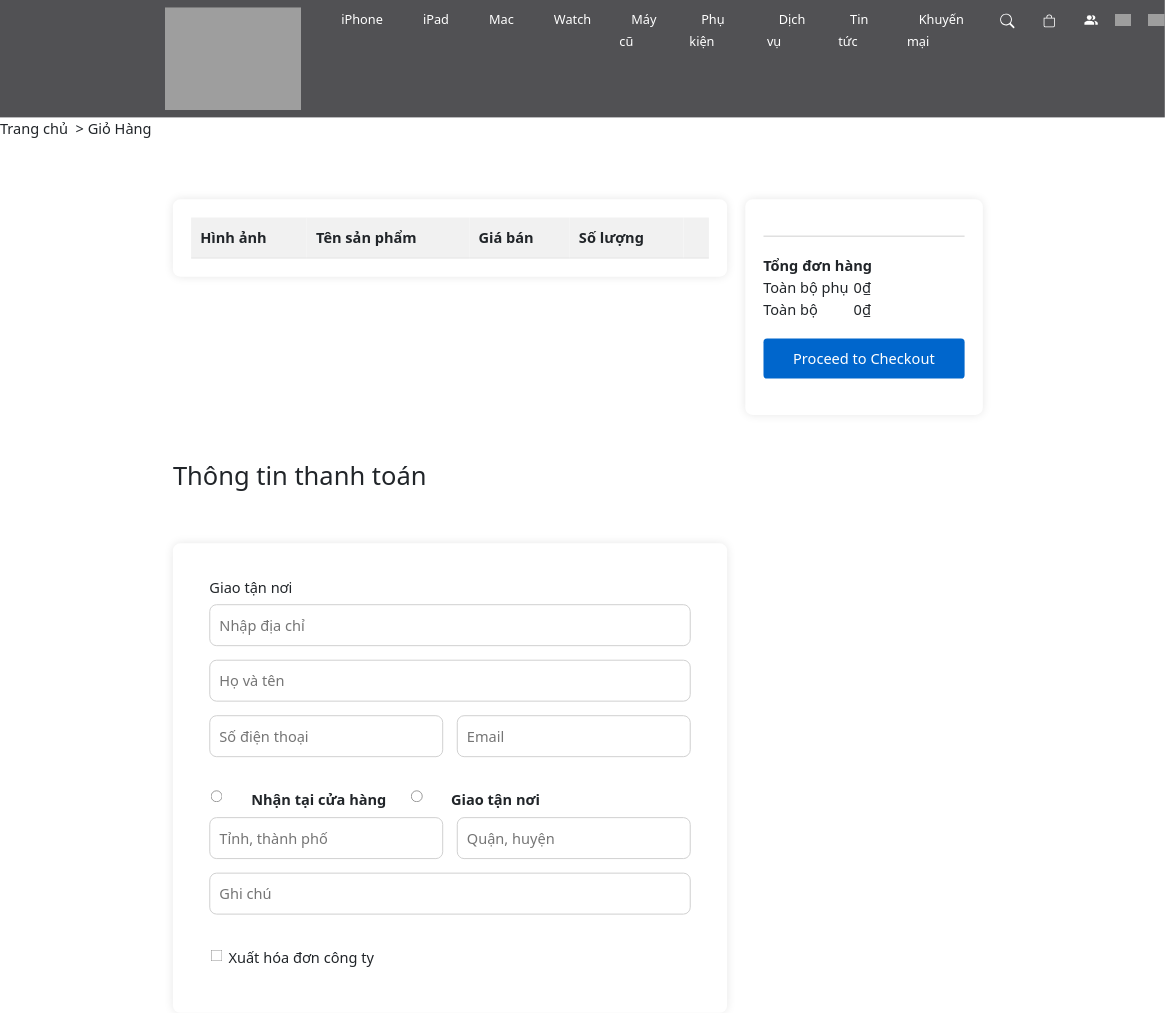
Repository: 20092004nam2k4/FE-ShopDunk
Page: /cart
These files come from the project's save history. The page is drawn as it stood at one moment and after the next save; the edit follows.
The browser window is 1280 px wide. The pictures show the whole page, at 91% of full size.
Pictures or frames that could not be fetched are drawn as grey boxes. The page's requests for data from a server got no answer. The project was rebuilt for these pictures with package versions that can differ from the ones it lists, and the page was loaded fresh each time. No one was signed in, and anything a server would have sent is missing. Also part of the build but not shown: src/component/common/SlideImage.css, src/component/common/SlideImage.js, src/component/product/ProductCart.css, src/component/product/ProductList.js, src/component/product/ProductDetail.css, src/component/product/ProductDetail.js, src/component/user/LoginUser.js, src/component/user/UserProfile.js and 3 more.

Above is the page before, as saved 2024-06-14 12:08:15.

### src/App.js
import React from "react";
import { BrowserRouter as Router, Route, Routes } from "react-router-dom";
import Navbar from "./component/common/Navbar";
import SlideImage from "./component/common/SlideImage";
import ProductList from "./component/product/ProductList";
import CartPage from "./component/cart/CartPage";
import ProductDetail from "./component/product/ProductDetail";
import LoginUser from "./component/user/LoginUser";
import UserProfile from "./component/user/UserProfile";
import { AuthProvider } from "./context/AuthContext";
import RegisterUser from "./component/user/UserRegister";
import CategoryProducts from "./component/product/CategoryProducts"; // Import the new component

function App() {
  return (
    <AuthProvider>
      <Router>
        <div className="App">
          <Navbar />
          <Routes>
            <Route
              path="/"
              element={
                <>
                  <SlideImage />
                  <ProductList />
                </>
              }
            />
            <Route path="/cart" element={<CartPage />} />
            <Route path="/product/:id" element={<ProductDetail />} />
            <Route path="/register" element={<RegisterUser />} />
            <Route path="/login" element={<LoginUser />} />
            <Route path="/profile" element={<UserProfile />} />
            <Route
              path="/category/:categoryId"
              element={<CategoryProducts />}
            />{" "}
            {/* Add this line */}
          </Routes>
        </div>
      </Router>
    </AuthProvider>
  );
}

export default App;

### src/component/common/Navbar.js
import React, { useContext, useState, useRef, useEffect } from "react";
import "./Navbar.css";
import { BsBag } from "react-icons/bs";
import { MdPeopleAlt } from "react-icons/md";
import { BsSearch } from "react-icons/bs";
import { Link, useNavigate } from "react-router-dom";
import { AuthContext } from "../../context/AuthContext";

const Navbar = () => {
  const { isLoggedIn, user, logout } = useContext(AuthContext);
  const [showDropdown, setShowDropdown] = useState(false);
  const navigate = useNavigate();
  const navbarRef = useRef(null); // Ref cho thanh navbar

  useEffect(() => {
    // Function để xử lý khi click ra ngoài navbar
    const handleOutsideClick = (event) => {
      if (navbarRef.current && !navbarRef.current.contains(event.target)) {
        setShowDropdown(false); // Ẩn dropdown menu khi click ra ngoài navbar
      }
    };

    document.addEventListener("mousedown", handleOutsideClick); // Thêm sự kiện mousedown
    return () => {
      document.removeEventListener("mousedown", handleOutsideClick); // Xóa sự kiện khi component unmount
    };
  }, []);

  const handleIconClick = () => {
    setShowDropdown(!showDropdown); // Hiển thị hoặc ẩn dropdown menu
  };

  const handleLogout = () => {
    logout();
    navigate("/");
  };

  return (
    <div className="navbar-center" ref={navbarRef}>
      <nav className="navbar">
        <ul className="navbar-links">
          <li>
            <Link to="/">
              <img
                className="imageIcon"
                src="https://shopdunk.com/images/thumbs/0012445_Logo_ShopDunk.png"
                alt="ShopDunk Logo"
              />
            </Link>
          </li>
          <li><Link to="/category/1">iPhone</Link></li>
          <li><Link to="/category/2">iPad</Link></li>
          <li><Link to="/category/3">Mac</Link></li>
          <li><Link to="/category/4">Watch</Link></li>
          <li><a href="#maycu">Máy cũ</a></li>
          <li><Link to="/category/5">Phụ kiện</Link></li>
          <li><a href="#dichvu">Dịch vụ</a></li>
          <li><a href="#tintuc">Tin tức</a></li>
          <li><a href="#khuyenmai">Khuyến mại</a></li>
          <li><BsSearch className="icon-search" /></li>
          <li><Link to="/cart"><BsBag className="icon-bag" /></Link></li>
          <li>
            <div className="icon-people" onClick={handleIconClick}>
              <MdPeopleAlt />
              {isLoggedIn && showDropdown && (
                <div className="dropdown-menu">
                  <Link to="/profile">Tài khoản của tôi</Link>
                  <a href="/" onClick={handleLogout}>Đăng xuất</a>
                </div>
              )}
            </div>
          </li>
          <li>
            <img
              className="imageIconVN"
              src="https://shopdunk.com/images/flags/vn.png"
              alt="Vietnam Flag"
            />
          </li>
          <li>
            <img
              className="imageIconVN"
              src="https://shopdunk.com/images/flags/us.png"
              alt="US Flag"
            />
          </li>
        </ul>
      </nav>
    </div>
  );
};

export default Navbar;

### src/context/AuthContext.js
import React, { createContext, useState, useEffect } from "react";

export const AuthContext = createContext();

export const AuthProvider = ({ children }) => {
  const [isLoggedIn, setIsLoggedIn] = useState(false);
  const [user, setUser] = useState(null);

  useEffect(() => {
    const storedUser = localStorage.getItem("user");
    if (storedUser) {
      setIsLoggedIn(true);
      setUser(JSON.parse(storedUser));
    }
  }, []);

  const login = (userData) => {
    setIsLoggedIn(true);
    setUser(userData);
    localStorage.setItem("user", JSON.stringify(userData));
  };

  const logout = () => {
    setIsLoggedIn(false);
    setUser(null);
    localStorage.removeItem("user");
  };

  return (
    <AuthContext.Provider value={{ isLoggedIn, user, login, logout }}>
      {children}
    </AuthContext.Provider>
  );
};

### src/component/common/Navbar.css
.navbar {
  background-color: #515154;
  padding: 10px;
  position: relative; /* Thêm thuộc tính position relative */
}

.navbar-links {
  list-style: none;
  display: flex;
  justify-content: center;
  max-width: 1400px;
  margin: 0;
padding-left: 150px;
 position: relative; /* Thêm thuộc tính position relative */
  z-index: 1; /* Đảm bảo navbar hiển thị trên cùng */
}

.navbar-links li {
  padding-left: 18px;
}

.navbar-links a {
  color: white;
  text-decoration: none;
  padding: 10px 13px 25px;
  transition: background-color 0.3s;
  font-size: 14px;
}

.navbar-links a:hover {
  background-color: #6a6969;
}

.imageIcon {
  width: 150px;
}

.icon-bag,
.icon-people,
.icon-search {
  color: white;
  height: 30px;
}

.imageIconVN {
  height: 14px;
}

.dropdown-menu {
  position: absolute;
  top: 100%; /* Hiển thị menu dropdown bên dưới navbar */
  left: 0;
  background-color: #515154;
  min-width: 200px; /* Độ rộng tối thiểu của dropdown menu */
  z-index: 10; /* Đảm bảo menu dropdown hiển thị trên cùng */
  box-shadow: 0px 8px 16px rgba(0, 0, 0, 0.2); /* Đổ bóng cho dropdown menu */
  display: none; /* Ẩn dropdown menu mặc định */
}

.dropdown-menu.active {
  display: block; /* Hiển thị dropdown menu khi active */
}

.dropdown-menu a {
  color: white;
  text-decoration: none;
  padding: 15px;
  display: block;
  transition: background-color 0.3s;
}

.dropdown-menu a:hover {
  background-color: #7f7d7d;
}

### src/component/cart/CartPage.css
/* General styles for the cart page */
.tong {
    display: flex;
    justify-content: center;
    align-items: flex-start;
    padding-top: 50px;
    padding-left: 90px;
    padding-right: 100px;
    gap: 20px; /* Add gap between left and right sections */
    margin: 0 100px; /* Adjust left and right margins to 100px */
    max-width: 1400px; /* Set a maximum width for the container */
}

.left {
    width: 70%; /* Increase width to 70% */
    background-color: #fff; /* Add background color for clarity */
    padding: 20px; /* Add padding for spacing */
    box-shadow: 0 0 10px rgba(0, 0, 0, 0.1); /* Add box shadow for aesthetics */
    border-radius: 8px; /* Add border radius for rounded corners */
}

.right {
    width: 30%; /* Adjust width to 30% */
    background-color: #fff; /* Add background color for clarity */
    padding: 20px; /* Add padding for spacing */
    box-shadow: 0 0 10px rgba(0, 0, 0, 0.1); /* Add box shadow for aesthetics */
    border-radius: 8px; /* Add border radius for rounded corners */
}

.table-wrapper {
    overflow-x: auto;
    margin-bottom: 20px;
}

.cart {
    width: 100%;
    border-collapse: collapse;
}

.cart th,
.cart td {
    padding: 10px;
    text-align: left;
    border-bottom: 1px solid #ddd;
}

.cart th {
    background-color: #f1f1f1;
}

.cart img {
    max-width: 80px;
    height: auto;
}

.product-name {
    font-weight: bold;
    color: #333;
    text-decoration: none;
}

.product-name:hover {
    text-decoration: underline;
}

.attributes {
    font-size: 14px;
    color: #555;
}

.edit-item a {
    font-size: 14px;
    color: #0066cc;
}

.unit-price,
.subtotal {
    font-weight: bold;
    color: #333;
}

.qty-input {
    width: 40px;
    text-align: center;
    border: 1px solid #ddd;
    padding: 5px;
    margin: 0 5px;
}

.remove-btn {
    background: none;
    border: none;
    color: red;
    cursor: pointer;
}

.cart-options {
    margin-top: 20px;
}

.button {
    padding-top: 10px;
    display: inline-flex;
    float: right;
}

.common-buttons .button-2 {
    background-color: #5f5c5c;
    color: white;
    border: none;
    padding: 10px 20px;
    cursor: pointer;
    margin-right: 10px;
    border-radius: 5px;
}

.common-buttons .button-2:hover {
    background-color: #005bb5;
}

.footerMain {
    padding: 40px 0;
}

.footerMain .text-uppercase {
    text-transform: uppercase;
}

.footerMain .fw-bold {
    font-weight: bold;
}

.footerMain p {
    margin: 0;
    padding: 5px 0;
}

.footerMain a {
    color: #ffffff;
    text-decoration: none;
}

.footerMain a:hover {
    text-decoration: underline;
}

/* Styles for deals section */
.deals {
    margin-bottom: 20px;
}

/* Styles for coupon box */
.coupon-box {
    border: 1px solid #ccc;
    padding: 15px;
    background-color: #f9f9f9;
    width: 100%; /* Adjust width to 100% */
    box-sizing: border-box; /* Ensure padding is included in width */
    border-radius: 8px; /* Add border radius for rounded corners */
    box-shadow: 0 2px 4px rgba(0, 0, 0, 0.1); /* Add subtle shadow */
    margin-bottom: 20px; /* Add space below the coupon box */
}

.title {
    font-weight: bold;
    font-size: 18px;
    color: #333;
    margin-bottom: 10px; /* Add space below the title */
}

.hint {
    margin-top: 5px;
    color: #666;
    font-size: 14px;
}

/* Styles for coupon code input */
.coupon-code input {
    width: calc(100% - 20px); /* Adjust width to fit within the coupon box */
    margin-top: 10px;
    padding: 10px;
    border: 1px solid #ccc;
    border-radius: 4px; /* Add border radius */
    box-sizing: border-box; /* Ensure padding is included in width */
}

/* Styles for apply button */
.apply-discount-coupon-code-button {
    margin-top: 10px;
    padding: 10px;
    background-color: #0066CC;
    color: #fff;
    border: none;
    border-radius: 4px; /* Add border radius */
    cursor: pointer;
    width: 100%; /* Make button full-width */
}

.apply-discount-coupon-code-button:hover {
    background-color: #005bb5; /* Darken button color on hover */
}

/* Styles for totals section */
.totals {
    border-top: 1px solid #ccc;
    padding-top: 20px;
    margin-top: 20px;
}

/* Styles for total info */
.total-info {
    margin-bottom: 20px;
}

/* Styles for left side of total row */
.cart-total-left {
    padding-right: 10px;
    font-weight: bold;
}

/* Styles for total value */
.value-summary {
    font-weight: bold;
}

/* Styles for checkout buttons */
.checkout-buttons {
    margin-top: 20px;
}

/* Styles for checkout button */
.checkout-button {
    padding: 10px 20px;
    background-color: #0066CC;
    color: #fff;
    border: none;
    border-radius: 4px; /* Add border radius */
    cursor: pointer;
    width: 100%; /* Make button full-width */
    text-align: center; /* Center text */
}

.checkout-button:hover {
    background-color: #005bb5; /* Darken button color on hover */
}

/* Styles for note */
.note-ck {
    margin-top: 10px;
    font-size: 12px;
    color: red;
}
.remove-button {
    background: none;
    border: none;
    cursor: pointer;
    color: rgb(98, 97, 97); /* Customize as needed */
    font-size: 1.2em; /* Customize size as needed */
  }
  .tittle-header{
    margin-top: 20px;
    margin-left: 150px;
    background-color: #f1f1f1;
    margin-right: 200px;
    margin-bottom: -30px;
    padding-left: 15px;
  }
  .enter-address {
    padding: 20px;
}
.edit-address {
    margin-top: 20px;
}
.edit-address input[type="text"],
.edit-address select {
    width: 100%;
    padding: 10px;
    margin-bottom: 10px;
    border: 1px solid #ccc;
    border-radius: 5px;
}
.edit-address label {
    display: block;
    margin-bottom: 5px;
    font-weight: bold;
}
.edit-address input[type="radio"],
.edit-address label {
    margin-right: 10px;
}
.edit-address span {
    display: block;
    margin-top: 5px;
    font-style: italic;
}
.bg-white {
    background-color: #fff;
}
.left {
    width: 70%; /* Increase width to 70% */
    background-color: #fff; /* Add background color for clarity */
    padding: 20px; /* Add padding for spacing */
    box-shadow: 0 0 10px rgba(0, 0, 0, 0.1); /* Add box shadow for aesthetics */
    border-radius: 8px; /* Add border radius for rounded corners */
  }

  .tong-bot {
    display: flex;
    align-items: flex-start;
    gap: 20px; /* Add gap between left and right sections */
    margin: 0 100px; /* Adjust left and right margins to 100px */
    max-width: 1370px; /* Set a maximum width for the container */
    display: flex;
    align-items: flex-start;
    padding-top: 50px;
    padding-left: 90px;
    padding-right: 120px;
    gap: 20px; /* Add gap between left and right sections */
}

  .enter-address {
    display: flex;
    flex-direction: column;
  }

  .enter-address input,
  .enter-address select {
    width: 100%;
    margin-bottom: 15px;
    padding: 10px;
    border: 1px solid #ccc;
    border-radius: 8px;
  }

  .half-inputs {
    display: flex;
    gap: 15px;
  }

  .edit-address .delivery-method {
    display: flex;
    gap: 15px;
  }

  .edit-address input[type="checkbox"] {
    transform: scale(0.8);
    border-radius: 50%; /* Make the checkboxes round */
    width: 16px; /* Adjust the width */
    height: 16px; /* Adjust the height */
  }
  .edit-address input[type="radio"] {
    transform: scale(0.8);
    border-radius: 50%; /* Make the checkboxes round */
    width: 16px; /* Adjust the width */
    height: 16px; /* Adjust the height */
  }

  .edit-address .delivery-method input[type="checkbox"] {
    vertical-align: middle; /* Align checkboxes vertically */
  }
  .edit-address .delivery-method input[type="radio"] {
    vertical-align: middle; /* Align checkboxes vertically */
  }

  .edit-address .delivery-method label {
    vertical-align: middle; /* Align labels vertically */
    margin-left: 5px; /* Add space between checkbox and label */
  }
  .thanhtoan{
    padding-left: 190px;
    margin-top: 50px;
  }

### src/component/user/Login.css
body {
    font-family: sans-serif;
    /* display: flex; */
    justify-content: center;
    align-items: center;
    min-height: 100vh;
    background-color: #f5f5f5;
  }
  .userName-login{
    margin-top: 25px;
  }



  .left-side {
    width: 50%;
    display: flex;
    justify-content: center;
    align-items: center;
    margin-top: 90px;
  }

  .right-side {
    width: 50%;
    padding: 20px;
    margin-top: 90px;
  }

  .left-side img {
    width: 100%;
    max-width: 600px;
    height: 350px;
  }

  h2 {
    margin-bottom: 20px;
  }

  input[type="text"],
  input[type="password"] {
    width: 100%;
    padding: 10px;
    margin-bottom: 15px;
    border: 1px solid #ddd;
    border-radius: 10px;
    box-sizing: border-box;
  }

  input[type="checkbox"] {
    margin-right: 5px;
  }

  button {
    background-color: #007bff;
    color: #fff;
    padding: 10px 20px;
    border: none;
    border-radius: 3px;
    cursor: pointer;
    width: 100%;
  }

  .link {
    display: block;
    text-align: center;
    margin-top: 15px;
    color: #007bff;
    text-decoration: none;
  }

  .footerMain{
margin-top: 200px;
  }
  .textFooter{
    padding-left: 200px !important;
  }
  .textToRegister{
    margin-top: 15px;
  }

### src/component/user/UserProfile.css
    /* Reset CSS */
    * {
        box-sizing: border-box;
        margin: 0;
        padding: 0;
    }

    body {
        font-family: Arial, Helvetica, sans-serif;
        background-color: #f5f5f7; /* Updated background color */
    }

    .page-container {
        padding: 20px;
        background-color: #f5f5f7; /* Background color for the page */
    }

    .container {
        display: flex;
        justify-content: space-between;
        margin: 30px auto;
        width: 80%;
        /* gap: 30px;  */
    }

    .navigation {
        width: 25%;
        background-color: #fff;
        padding: 20px;
        border-radius: 10px;
        border: 1px solid #ddd; /* Border for left div */
        box-shadow: 0 0 10px rgba(0, 0, 0, 0.1); /* Optional: for a subtle shadow effect */
        margin-left: 50px;
    }

    .navigation ul {
        padding-left: 0; /* Reset padding */
        list-style: none; /* Remove bullet points */
    }

    .navigation li {
        padding: 10px 0;
        border-bottom: 1px solid #ddd;
    }

    .navigation li:last-child {
        border-bottom: none;
    }

    .navigation li a {
        color: #333;
        text-decoration: none;
        display: flex;
        align-items: center;
    }

    .navigation li a i {
        margin-right: 10px;
        font-size: 1.2em;
    }

    .form {
        width: calc(70% - 100px); /* Reduced width by 100px */
        background-color: #fff;
        padding: 20px;
        border-radius: 10px;
        border: 1px solid #ddd; /* Border for right div */
        box-shadow: 0 0 10px rgba(0, 0, 0, 0.1); /* Optional: for a subtle shadow effect */
        display: flex;
        flex-direction: column;
        height: calc(100% + 70px); /* Increased height by 70px */
        margin-right: 90px;
    }

    .form-row {
        display: flex;
        justify-content: space-between;
        align-items: center;
        margin-bottom: 15px;
    }

    .form-row label {
        flex: 1;
    }

    .form-row input,
    .form-row select {
        flex: 2;
        padding: 10px;
        border: 1px solid #ddd;
        border-radius: 5px;
    }

    .form-row .input-group {
        display: flex;
        flex-direction: column;
        margin-bottom: 15px;
    }

    .form-row .input-group input {
        margin-top: 10px;
    }

    .input-email {
        padding-left: 20px;
    }

    .input-gender {
        display: flex;
        align-items: center;
        padding-left: 20px;
    }

    .input-gender > div {
        display: flex;
        align-items: center;
        margin-right: 20px;
    }

    .input-gender label {
        margin-left: 5px;
        margin-right: 15px; /* Adjust spacing between the labels and inputs */
    }

    .form-row.birthday-row {
        display: flex;
        justify-content: space-between;
        align-items: center;
        margin-bottom: 15px;
    }

    .form-row.birthday-row label {
        flex: 1;
    }

    .form-row.birthday-row select {
        flex: 1;
        padding: 10px;
        border: 1px solid #ddd;
        border-radius: 5px;
    }

    .form button {
        background-color: #0066cc;
        color: white;
        padding: 10px 20px;
        border: none;
        border-radius: 5px;
        cursor: pointer;
        width: 124px;
        height: 43px;
        margin: 0 auto; /* Add this line to center the button */
        margin-top: 10px;
    }

    .newsletter {
        text-align: center;
        margin-top: 50px;
    }

    .footerMain {
        text-align: center;
        background-color: #333;
        color: #fff;
        padding: 10px 0;
    }

    .newsletter .input-group {
        width: auto;
        display: inline-flex;
        border-radius: 20px;
        margin-top: 20px;
    }

    .newsletter .input-group .form-control {
        width: 500px;
        height: 50px;
        border-radius: 20px;
    }

    .newsletter .input-group .btn {
        width: 100px;
        background-color: #0066cc;
        color: white;
        border: none;
        border-radius: 20px;
        height: 50px;

    }

    .text-email {
        margin-top: 21px;
    }
    .radio-male{
        margin-left: -48px;

    }
    .text-user{
        margin-right: 580px;
        padding-top: 17px;
    }
    .text-male{
        padding-top: 9px;
    margin-right: 234px;
    }
    .text-female{
        padding-top: 8px;
    }
    .email-info{
        padding-top: 10px;
    }
    .email-text{
        margin-bottom: 24px;
    }

Loaded but not shown: public/index.html (common file); src/index.js (common file); src/component/cart/CartPage.js (246 lines, source omitted)

After the next save:
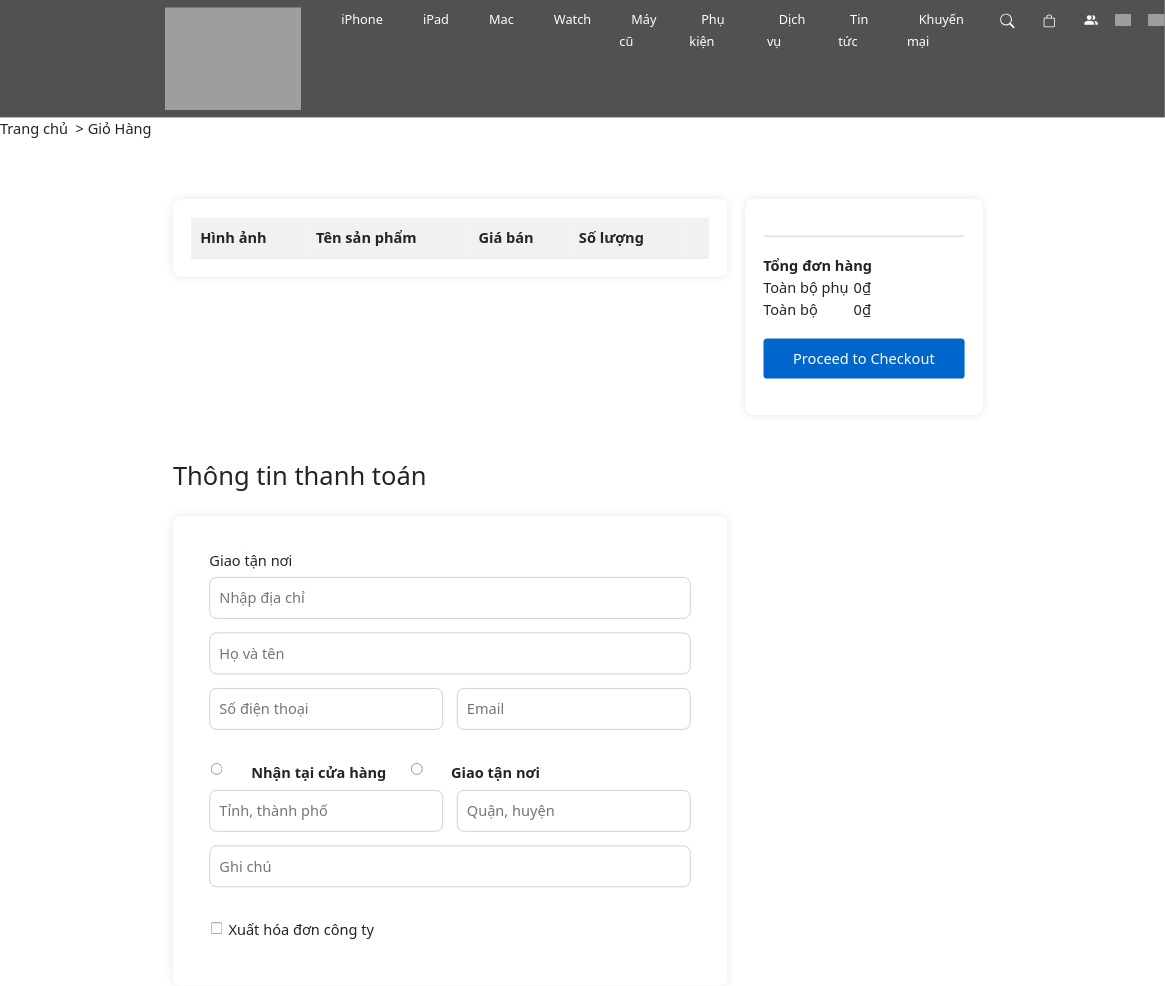
Saved 38 s later.
--- a/src/component/cart/CartPage.css
+++ b/src/component/cart/CartPage.css
@@ -312,7 +312,7 @@
     max-width: 1370px; /* Set a maximum width for the container */
     display: flex;
     align-items: flex-start;
-    padding-top: 50px;
+    padding-top: 20px;
     padding-left: 90px;
     padding-right: 120px;
     gap: 20px; /* Add gap between left and right sections */
